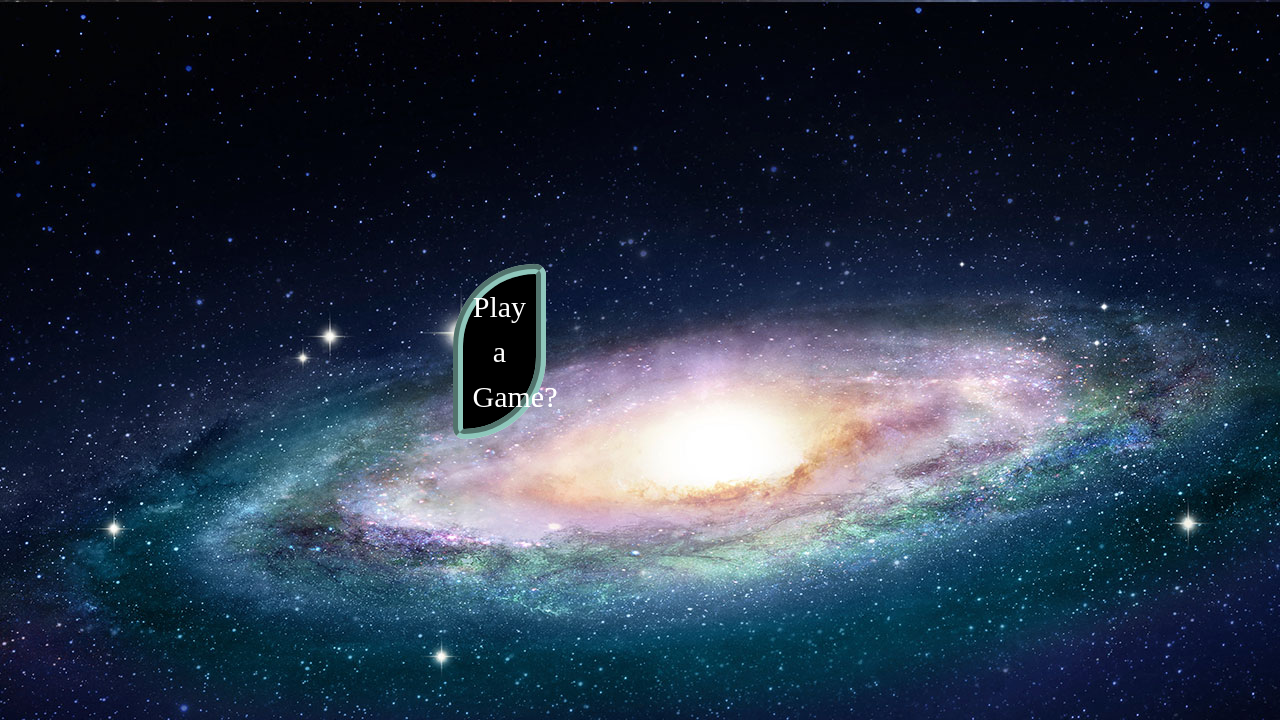
Repository: dsaftler/Trivia
Page: index.html
The author's editor kept a copy of each file at every save. The page is drawn from the files as they stood at one save, then again after the next save.
The browser window is 1280 px wide. The pictures show the whole page.
Some web fonts or font styles are not loaded; a fallback is used.

Above is the page before, as saved 2019-04-13 17:51:03.

After the next save:
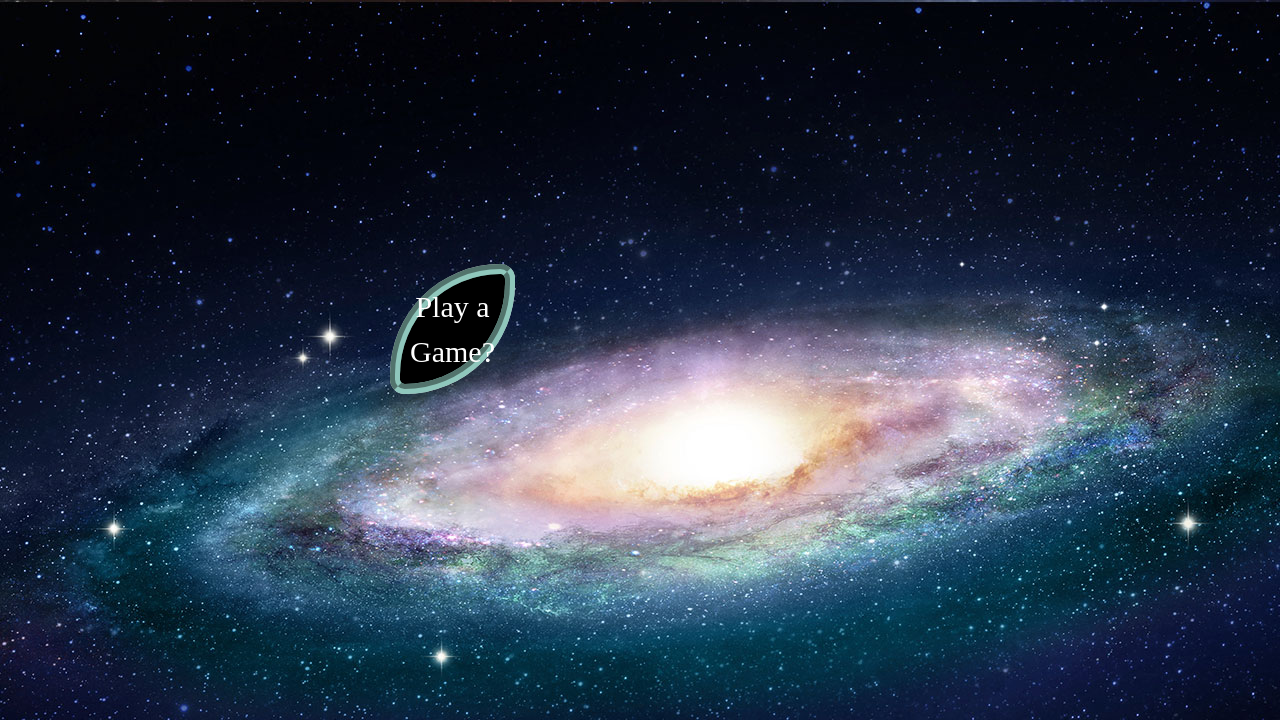
Saved 13 s later.
--- a/assets/css/style.css
+++ b/assets/css/style.css
@@ -44,7 +44,7 @@ padding-top: 50px;
 .bgButton{
   align-content:center;
   margin:auto;
-  width:30%;
+  width:40%;
 }
 .playElements{
   align-content: center;
